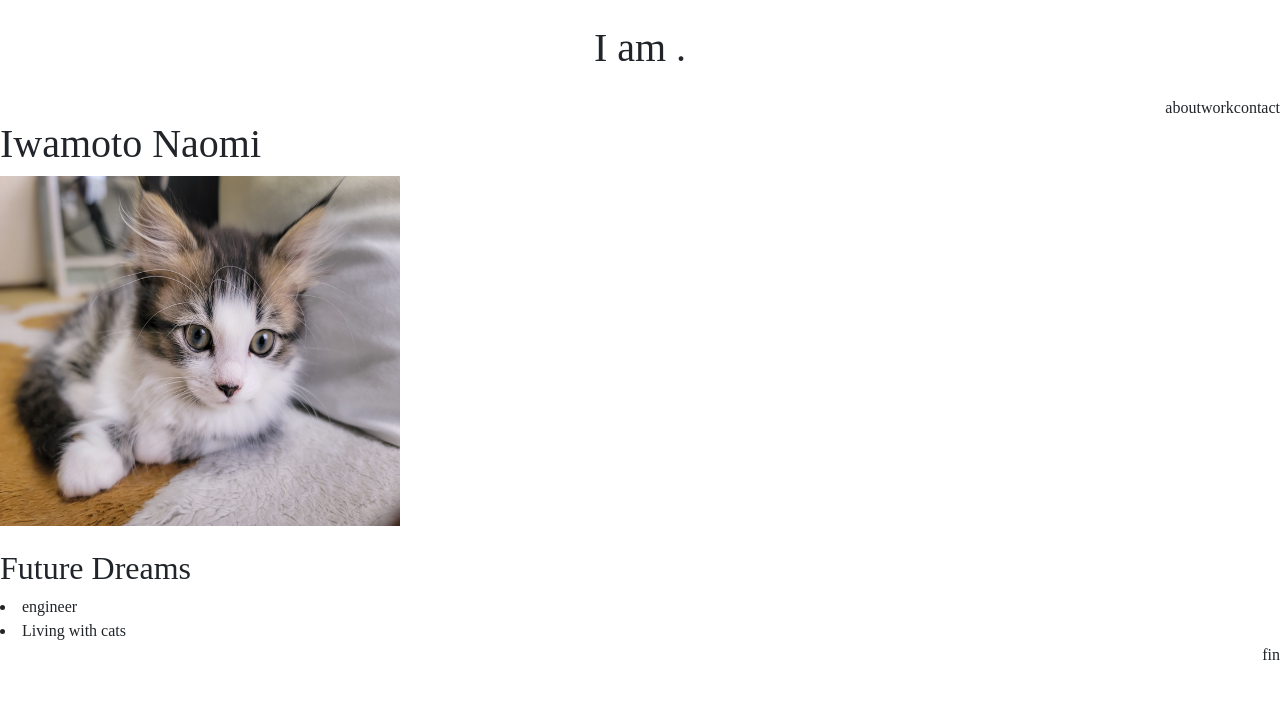
Repository: 7oooomi/portfolio-vercel-
Page: / (app in sample-app/)
An editor plug-in stored every save of this project. The page is shown before and after the next save, followed by the edit.
The browser window is 1280 px wide. The pictures show the whole page.
The project was rebuilt for these pictures with package versions that can differ from the ones it lists, and the page was loaded fresh each time. The framework's server and built-in components were replaced by stand-ins that run in the browser. Also part of the build but not shown: sample-app/next.config.js.

Above is the page before, as saved 2022-08-07 18:15:35.

### sample-app/pages/_app.js

import 'bootstrap/dist/css/bootstrap.min.css';
import '../styles/globals.css';
import Layout from './Layout';

function MyApp({ Component, pageProps }) {
  return (
    <Layout>
      <Component {...pageProps} />
    </Layout>
  );
}

export default MyApp

### sample-app/pages/index.js
import Image from 'next/image';



export default function MyPage () {
    return (
        <div>
            <h1> Iwamoto Naomi </h1>
            <div>
                <p >
                    <Image src='/cat.jpg' width={400} height={350} />
                </p>
                <div>
                  <h2>Future Dreams</h2>
                  <li>engineer</li>
                  <li>Living with cats</li>
                </div>
            </div>
        </div>
    )
}

### sample-app/styles/globals.css
html,
body {
  padding: 0;
  margin: 0;
  font-family: HiraMinProN-W3;
}

a {
  color: inherit;
  text-decoration: none;
}

### sample-app/pages/Layout.js
import Home from './components/Header';
import Footer from './components/Footer';


export default function Layout ({ children }) {
    return (
        <>
          <Home />
            <main>{children}</main>
          <Footer />
        </>
    );
}

### sample-app/pages/components/Header.js
import Head from 'next/head'
import Image from 'next/image'
import Nav from 'react-bootstrap/Nav';
import Link from 'next/link';

export default function Home() {
  return (
    <div>
      <Head>
        <title>I am.</title>
        <meta name="description" content="Generated by create next app" />
        <link rel="icon" href="/favicon.ico" />
      </Head>

      <main>
        <h1 className="text-center mt-4 mb-4">
          <Link href='/'>I am .</Link>
        </h1>
        <Nav className="justify-content-end">
          <Nav.Item>
            <Link href='/about'>
              <a>about</a>
            </Link>
          </Nav.Item>
          <Nav.Item>
            <Link href='/work'>
              <a>work</a>
            </Link>
          </Nav.Item>
          <Nav.Item>
            <Link href='/contact'>
              <a>contact</a>
            </Link>
          </Nav.Item>
        </Nav>
      </main>
    </div>
  )
}

### sample-app/pages/components/Footer.js
export default function Footer() {
    return (
        <div style={{textAlign: 'right'}}>fin</div>
    )
}

### sample-app/styles/Home.module.css
.container {
  padding: 0 2rem;
}

.main {
  min-height: 100vh;
  padding: 4rem 0;
  flex: 1;
  display: flex;
  flex-direction: column;
  justify-content: center;
  align-items: center;
}

.footer {
  display: flex;
  padding: 20px;
  flex-wrap: wrap;
  border-top: 1px solid white;
  justify-content: center;
}

.footer a {
  display: flex;
  justify-content: center;
  align-items: center;
  flex-grow: 1;
}

.title a {
  color: #0070f3;
  text-decoration: none;
}

.title a:hover,
.title a:focus,
.title a:active {
  text-decoration: underline;
}

.title {
  margin: 0;
  line-height: 1.15;
  font-size: 4rem;
}

.title,
.description {
  text-align: center;
}

.description {
  margin: 4rem 0;
  line-height: 1.5;
  font-size: 1.5rem;
}

.code {
  background: #fafafa;
  border-radius: 5px;
  padding: 0.75rem;
  font-size: 1.1rem;
  font-family: Menlo, Monaco, Lucida Console, Liberation Mono, DejaVu Sans Mono,
    Bitstream Vera Sans Mono, Courier New, monospace;
}

.grid {
  display: flex;
  align-items: center;
  justify-content: center;
  flex-wrap: wrap;
  max-width: 800px;
}

.card {
  margin: 1rem;
  padding: 1.5rem;
  text-align: left;
  color: inherit;
  text-decoration: none;
  border: 1px solid #eaeaea;
  border-radius: 10px;
  transition: color 0.15s ease, border-color 0.15s ease;
  max-width: 300px;
}

.card:hover,
.card:focus,
.card:active {
  color: #0070f3;
  border-color: #0070f3;
}

.card h2 {
  margin: 0 0 1rem 0;
  font-size: 1.5rem;
}

.card p {
  margin: 0;
  font-size: 1.25rem;
  line-height: 1.5;
}

.logo {
  height: 1em;
  margin-left: 0.5rem;
}

@media (max-width: 600px) {
  .grid {
    width: 100%;
    flex-direction: column;
  }
}

@media (prefers-color-scheme: dark) {
  .card,
  .footer {
    border-color: #222;
  }
  .code {
    background: #111;
  }
  .logo img {
    filter: invert(1);
  }
}

After the next save:
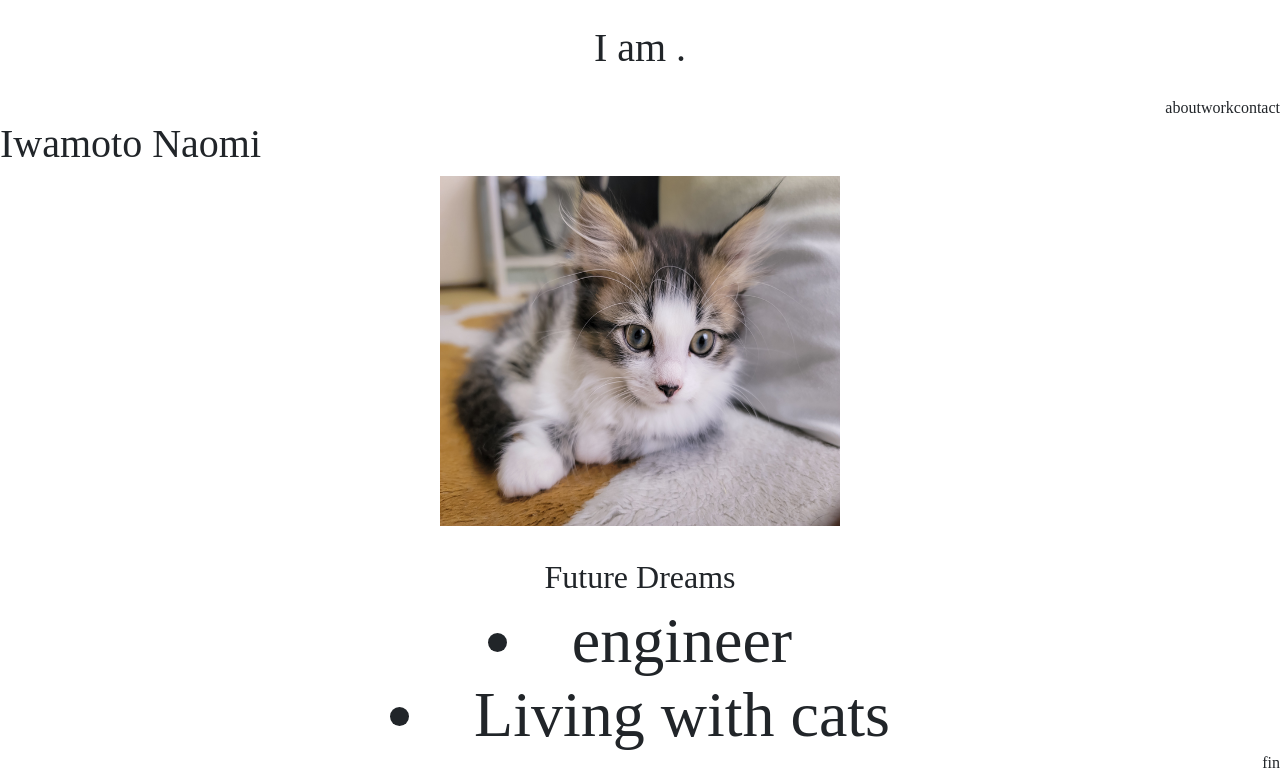
Saved 90 s later.
--- a/sample-app/pages/index.js
+++ b/sample-app/pages/index.js
@@ -1,12 +1,12 @@
 import Image from 'next/image';
-
+import styles from '../styles/Home.module.css';
 
 
 export default function MyPage () {
     return (
         <div>
             <h1> Iwamoto Naomi </h1>
-            <div>
+            <div className={styles.title}>
                 <p >
                     <Image src='/cat.jpg' width={400} height={350} />
                 </p>
